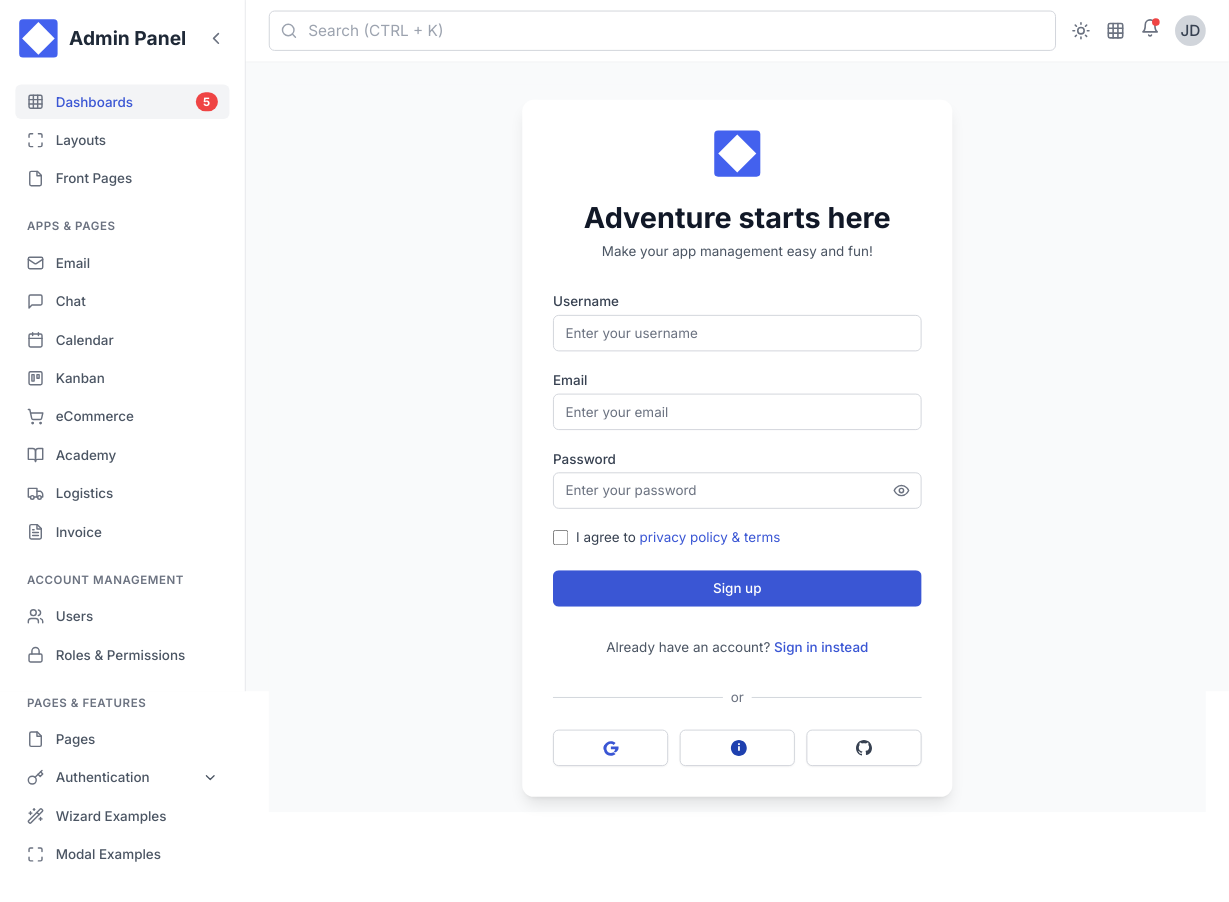
Repository: StoyanStoyanov1/DHS-Team
Page: /auth/register (app in dhs-admin-panel/)
These files come from the project's save history. The page is drawn as it stood at one moment and after the next save; the edit follows.
The browser window is 1280 px wide. The pictures show the whole page, at 96% of full size.
The project was rebuilt for these pictures with package versions that can differ from the ones it lists, and the page was loaded fresh each time. The framework's server and built-in components were replaced by stand-ins that run in the browser. Also part of the build but not shown: dhs-admin-panel/next.config.ts.

Above is the page before, as saved 2025-04-22 13:28:22.

### dhs-admin-panel/src/app/layout.tsx
import type { Metadata } from 'next';
import { Inter } from 'next/font/google';
import './globals.css';
import DashboardLayout from './components/Layout';

const inter = Inter({ subsets: ['latin'] });

export const metadata: Metadata = {
    title: 'Admin Dashboard',
    description: 'NextJS Admin Dashboard',
};

export default function RootLayout({
                                       children,
                                   }: {
    children: React.ReactNode
}) {
    return (
        <html lang="en">
        <body className={inter.className}>
        <DashboardLayout>
            {children}
        </DashboardLayout>
        </body>
        </html>
    );
}

### dhs-admin-panel/src/app/components/Layout.tsx
'use client';

import { useState, ReactNode } from 'react';
import Header from './Header';
import Sidebar from './Sidebar';

interface DashboardLayoutProps {
    children: ReactNode;
}

const Layout: React.FC<DashboardLayoutProps> = ({ children }) => {
    const [activeSection, setActiveSection] = useState<string>('dashboards');
    const [isSidebarCollapsed, setIsSidebarCollapsed] = useState(false);

    return (
        <div className="flex h-screen bg-gray-50">
            <Sidebar
                activeSection={activeSection}
                setActiveSection={setActiveSection}
                isCollapsed={isSidebarCollapsed}
                toggleCollapse={() => setIsSidebarCollapsed(!isSidebarCollapsed)}
            />

            <div className="flex-1">
                <Header />

                <main className="p-6">
                    {children}
                </main>
            </div>
        </div>
    );
};

export default Layout;

### dhs-admin-panel/src/app/components/Header.tsx
'use client';

import React from 'react';
import { Sun, Grid, Bell } from 'lucide-react';
import SearchBar from './SearchBar';

const Header: React.FC = () => {
    return (
        <header className="bg-white shadow-sm h-16 flex items-center px-6">
            <SearchBar />
            <div className="flex items-center space-x-4 ml-4">
                <button className="text-gray-500 hover:text-gray-700">
                    <Sun size={20} />
                </button>
                <button className="text-gray-500 hover:text-gray-700">
                    <Grid size={20} />
                </button>
                <div className="relative">
                    <button className="text-gray-500 hover:text-gray-700">
                        <Bell size={20} />
                    </button>
                    <div className="absolute top-0 right-0 w-2 h-2 bg-red-500 rounded-full"></div>
                </div>
                <div className="w-8 h-8 rounded-full bg-gray-300 flex items-center justify-center text-gray-700 font-medium">
                    JD
                </div>
            </div>
        </header>
    );
};

export default Header;

### dhs-admin-panel/src/app/components/Sidebar.tsx
'use client';

import React, { useState } from 'react';
import {
    Grid,
    Mail,
    MessageSquare,
    Calendar,
    Trello,
    ShoppingCart,
    BookOpen,
    Truck,
    FileText,
    Users,
    Lock,
    File,
    Key,
    Wand2,
    Maximize,
    ChevronLeft,
    ChevronRight,
    LogIn,
    UserPlus,
    ChevronDown,
    ChevronUp
} from 'lucide-react';
import NavItem from './NavItem';
import { useRouter } from 'next/navigation';

interface SidebarProps {
    activeSection: string;
    setActiveSection: (section: string) => void;
    isCollapsed: boolean;
    toggleCollapse: () => void;
}

const Sidebar: React.FC<SidebarProps> = ({
    activeSection,
    setActiveSection,
    isCollapsed,
    toggleCollapse
}) => {
    const router = useRouter();
    const [isAuthOpen, setIsAuthOpen] = useState(false);

    const handleAuthClick = () => {
        setIsAuthOpen(!isAuthOpen);
    };

    const handleLoginClick = () => {
        router.push('/login');
    };

    const handleRegisterClick = () => {
        router.push('/register');
    };

    return (
        <div className={`bg-white border-r border-gray-200 transition-all duration-300 ${isCollapsed ? 'w-20' : 'w-64'}`}>
            {/* Logo and Title */}
            <div className="flex items-center justify-between p-5">
                <div className="flex items-center">
                    <div className="h-10 w-10 rounded bg-blue-500 flex items-center justify-center">
                        <div className="w-6 h-6 bg-white transform rotate-45"></div>
                    </div>
                    {!isCollapsed && (
                        <span className="ml-3 text-xl font-bold text-gray-800">Admin Panel</span>
                    )}
                </div>
                <button
                    onClick={toggleCollapse}
                    className="text-gray-500 hover:text-gray-700"
                >
                    {isCollapsed ? <ChevronRight size={20} /> : <ChevronLeft size={20} />}
                </button>
            </div>

            {/* Navigation */}
            <div className="px-4 py-2">
                <div className="mb-6">
                    <NavItem
                        icon={<Grid size={18} />}
                        label="Dashboards"
                        badge="5"
                        active={activeSection === 'dashboards'}
                        onClick={() => setActiveSection('dashboards')}
                        isCollapsed={isCollapsed}
                    />
                    <NavItem
                        icon={<Maximize size={18} />}
                        label="Layouts"
                        active={activeSection === 'layouts'}
                        onClick={() => setActiveSection('layouts')}
                        isCollapsed={isCollapsed}
                    />
                    <NavItem
                        icon={<File size={18} />}
                        label="Front Pages"
                        active={activeSection === 'frontpages'}
                        onClick={() => setActiveSection('frontpages')}
                        isCollapsed={isCollapsed}
                    />
                </div>

                <div className="mb-6">
                    {!isCollapsed && (
                        <div className="text-xs font-semibold text-gray-500 tracking-wider mb-3 px-3">
                            APPS & PAGES
                        </div>
                    )}
                    <NavItem
                        icon={<Mail size={18} />}
                        label="Email"
                        active={activeSection === 'email'}
                        onClick={() => setActiveSection('email')}
                        isCollapsed={isCollapsed}
                    />
                    <NavItem
                        icon={<MessageSquare size={18} />}
                        label="Chat"
                        active={activeSection === 'chat'}
                        onClick={() => setActiveSection('chat')}
                        isCollapsed={isCollapsed}
                    />
                    <NavItem
                        icon={<Calendar size={18} />}
                        label="Calendar"
                        active={activeSection === 'calendar'}
                        onClick={() => setActiveSection('calendar')}
                        isCollapsed={isCollapsed}
                    />
                    <NavItem
                        icon={<Trello size={18} />}
                        label="Kanban"
                        active={activeSection === 'kanban'}
                        onClick={() => setActiveSection('kanban')}
                        isCollapsed={isCollapsed}
                    />
                    <NavItem
                        icon={<ShoppingCart size={18} />}
                        label="eCommerce"
                        active={activeSection === 'ecommerce'}
                        onClick={() => setActiveSection('ecommerce')}
                        isCollapsed={isCollapsed}
                    />
                    <NavItem
                        icon={<BookOpen size={18} />}
                        label="Academy"
                        active={activeSection === 'academy'}
                        onClick={() => setActiveSection('academy')}
                        isCollapsed={isCollapsed}
                    />
                    <NavItem
                        icon={<Truck size={18} />}
                        label="Logistics"
                        active={activeSection === 'logistics'}
                        onClick={() => setActiveSection('logistics')}
                        isCollapsed={isCollapsed}
                    />
                    <NavItem
                        icon={<FileText size={18} />}
                        label="Invoice"
                        active={activeSection === 'invoice'}
                        onClick={() => setActiveSection('invoice')}
                        isCollapsed={isCollapsed}
                    />
                </div>

                <div className="mb-6">
                    {!isCollapsed && (
                        <div className="text-xs font-semibold text-gray-500 tracking-wider mb-3 px-3">
                            ACCOUNT MANAGEMENT
                        </div>
                    )}
                    <NavItem
                        icon={<Users size={18} />}
                        label="Users"
                        active={activeSection === 'users'}
                        onClick={() => setActiveSection('users')}
                        isCollapsed={isCollapsed}
                    />
                    <NavItem
                        icon={<Lock size={18} />}
                        label="Roles & Permissions"
                        active={activeSection === 'roles'}
                        onClick={() => setActiveSection('roles')}
                        isCollapsed={isCollapsed}
                    />
                </div>

                <div className="mb-6">
                    {!isCollapsed && (
                        <div className="text-xs font-semibold text-gray-500 tracking-wider mb-3 px-3">
                            PAGES & FEATURES
                        </div>
                    )}
                    <NavItem
                        icon={<File size={18} />}
                        label="Pages"
                        active={activeSection === 'pages'}
                        onClick={() => setActiveSection('pages')}
                        isCollapsed={isCollapsed}
                    />
                    <div className="relative">
                        <div
                            className={`flex items-center px-3 py-2 rounded-md cursor-pointer mb-1 ${activeSection === 'authentication' ? 'bg-gray-100 text-blue-600' : 'text-gray-600 hover:bg-gray-50'}`}
                            onClick={handleAuthClick}
                        >
                            <div className="text-gray-500"><Key size={18} /></div>
                            {!isCollapsed && (
                                <>
                                    <span className="ml-3 text-sm font-medium">Authentication</span>
                                    <div className="ml-auto">
                                        {isAuthOpen ? <ChevronUp size={16} /> : <ChevronDown size={16} />}
                                    </div>
                                </>
                            )}
                        </div>
                        {!isCollapsed && isAuthOpen && (
                            <div className="ml-4 mt-1 space-y-1">
                                <button
                                    onClick={handleLoginClick}
                                    className="flex items-center w-full px-3 py-2 text-sm text-gray-600 hover:bg-gray-50 rounded-md"
                                >
                                    <LogIn size={16} className="mr-2" />
                                    Login
                                </button>
                                <button
                                    onClick={handleRegisterClick}
                                    className="flex items-center w-full px-3 py-2 text-sm text-gray-600 hover:bg-gray-50 rounded-md"
                                >
                                    <UserPlus size={16} className="mr-2" />
                                    Register
                                </button>
                            </div>
                        )}
                    </div>
                    <NavItem
                        icon={<Wand2 size={18} />}
                        label="Wizard Examples"
                        active={activeSection === 'wizard'}
                        onClick={() => setActiveSection('wizard')}
                        isCollapsed={isCollapsed}
                    />
                    <NavItem
                        icon={<Maximize size={18} />}
                        label="Modal Examples"
                        active={activeSection === 'modal'}
                        onClick={() => setActiveSection('modal')}
                        isCollapsed={isCollapsed}
                    />
                </div>
            </div>
        </div>
    );
};

export default Sidebar;

### dhs-admin-panel/src/app/components/SearchBar.tsx
'use client';

import React from 'react';
import { Search } from 'lucide-react';

const SearchBar: React.FC = () => {
    return (
        <div className="flex-1 relative">
        <div className="absolute inset-y-0 left-0 pl-3 flex items-center pointer-events-none">
        <Search size={18} className="text-gray-400" />
        </div>
        <input
    type="text"
    placeholder="Search (CTRL + K)"
    className="w-full pl-10 pr-4 py-2 border border-gray-300 rounded-md focus:outline-none focus:ring-1 focus:ring-blue-500 focus:border-blue-500"
        />
        </div>
);
};

export default SearchBar;

### dhs-admin-panel/src/app/components/NavItem.tsx
'use client';

import React, { ReactNode } from 'react';

interface NavItemProps {
    icon: ReactNode;
    label: string;
    badge?: string;
    active: boolean;
    onClick: () => void;
    isCollapsed: boolean;
}

const NavItem: React.FC<NavItemProps> = ({
    icon,
    label,
    badge,
    active,
    onClick,
    isCollapsed
}) => {
    return (
        <div
            className={`flex items-center px-3 py-2 rounded-md cursor-pointer mb-1 ${active ? 'bg-gray-100 text-blue-600' : 'text-gray-600 hover:bg-gray-50'}`}
            onClick={onClick}
            title={isCollapsed ? label : undefined}
        >
            <div className="text-gray-500">{icon}</div>
            {!isCollapsed && (
                <>
                    <span className="ml-3 text-sm font-medium">{label}</span>
                    {badge && (
                        <div className="ml-auto bg-red-500 text-white text-xs font-bold px-2 py-0.5 rounded-full">
                            {badge}
                        </div>
                    )}
                </>
            )}
        </div>
    );
};

export default NavItem;

Loaded but not shown: dhs-admin-panel/src/app/globals.css (common file); dhs-admin-panel/tailwind.config.js (18 lines, source omitted); dhs-admin-panel/src/app/auth/register/page.tsx (163 lines, source omitted)

After the next save:
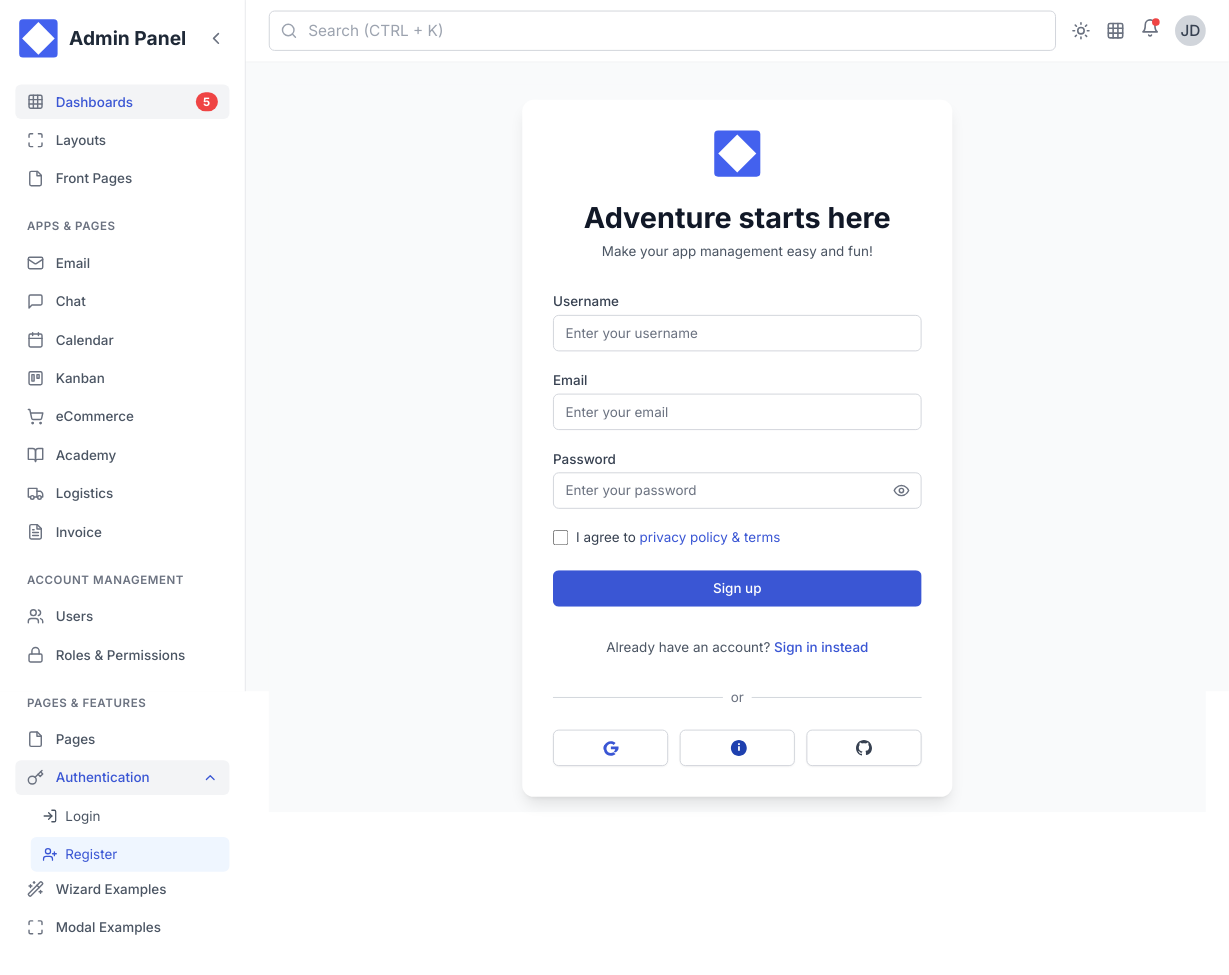
Saved 36 s later.
--- a/dhs-admin-panel/src/app/components/Sidebar.tsx
+++ b/dhs-admin-panel/src/app/components/Sidebar.tsx
@@ -1,6 +1,6 @@
 'use client';
 
-import React, { useState } from 'react';
+import React, { useState, useEffect } from 'react';
 import {
     Grid,
     Mail,
@@ -25,7 +25,7 @@ import {
     ChevronUp
 } from 'lucide-react';
 import NavItem from './NavItem';
-import { useRouter } from 'next/navigation';
+import { useRouter, usePathname } from 'next/navigation';
 
 interface SidebarProps {
     activeSection: string;
@@ -41,18 +41,32 @@ const Sidebar: React.FC<SidebarProps> = ({
     toggleCollapse
 }) => {
     const router = useRouter();
+    const pathname = usePathname();
     const [isAuthOpen, setIsAuthOpen] = useState(false);
+
+    // Check if current path is an auth path
+    const isAuthPath = pathname?.startsWith('/auth');
+
+    // Effect to auto-open auth submenu when on auth pages
+    useEffect(() => {
+        if (isAuthPath) {
+            setIsAuthOpen(true);
+        }
+    }, [pathname, isAuthPath]);
 
     const handleAuthClick = () => {
         setIsAuthOpen(!isAuthOpen);
+        if (!isAuthPath) {
+            setActiveSection('authentication');
+        }
     };
 
     const handleLoginClick = () => {
-        router.push('/login');
+        router.push('/auth/login');
     };
 
     const handleRegisterClick = () => {
-        router.push('/register');
+        router.push('/auth/register');
     };
 
     return (
@@ -203,7 +217,7 @@ const Sidebar: React.FC<SidebarProps> = ({
                     />
                     <div className="relative">
                         <div
-                            className={`flex items-center px-3 py-2 rounded-md cursor-pointer mb-1 ${activeSection === 'authentication' ? 'bg-gray-100 text-blue-600' : 'text-gray-600 hover:bg-gray-50'}`}
+                            className={`flex items-center px-3 py-2 rounded-md cursor-pointer mb-1 ${isAuthPath || activeSection === 'authentication' ? 'bg-gray-100 text-blue-600' : 'text-gray-600 hover:bg-gray-50'}`}
                             onClick={handleAuthClick}
                         >
                             <div className="text-gray-500"><Key size={18} /></div>
@@ -220,14 +234,14 @@ const Sidebar: React.FC<SidebarProps> = ({
                             <div className="ml-4 mt-1 space-y-1">
                                 <button
                                     onClick={handleLoginClick}
-                                    className="flex items-center w-full px-3 py-2 text-sm text-gray-600 hover:bg-gray-50 rounded-md"
+                                    className={`flex items-center w-full px-3 py-2 text-sm rounded-md ${pathname === '/auth/login' ? 'bg-blue-50 text-blue-600' : 'text-gray-600 hover:bg-gray-50'}`}
                                 >
                                     <LogIn size={16} className="mr-2" />
                                     Login
                                 </button>
                                 <button
                                     onClick={handleRegisterClick}
-                                    className="flex items-center w-full px-3 py-2 text-sm text-gray-600 hover:bg-gray-50 rounded-md"
+                                    className={`flex items-center w-full px-3 py-2 text-sm rounded-md ${pathname === '/auth/register' ? 'bg-blue-50 text-blue-600' : 'text-gray-600 hover:bg-gray-50'}`}
                                 >
                                     <UserPlus size={16} className="mr-2" />
                                     Register
